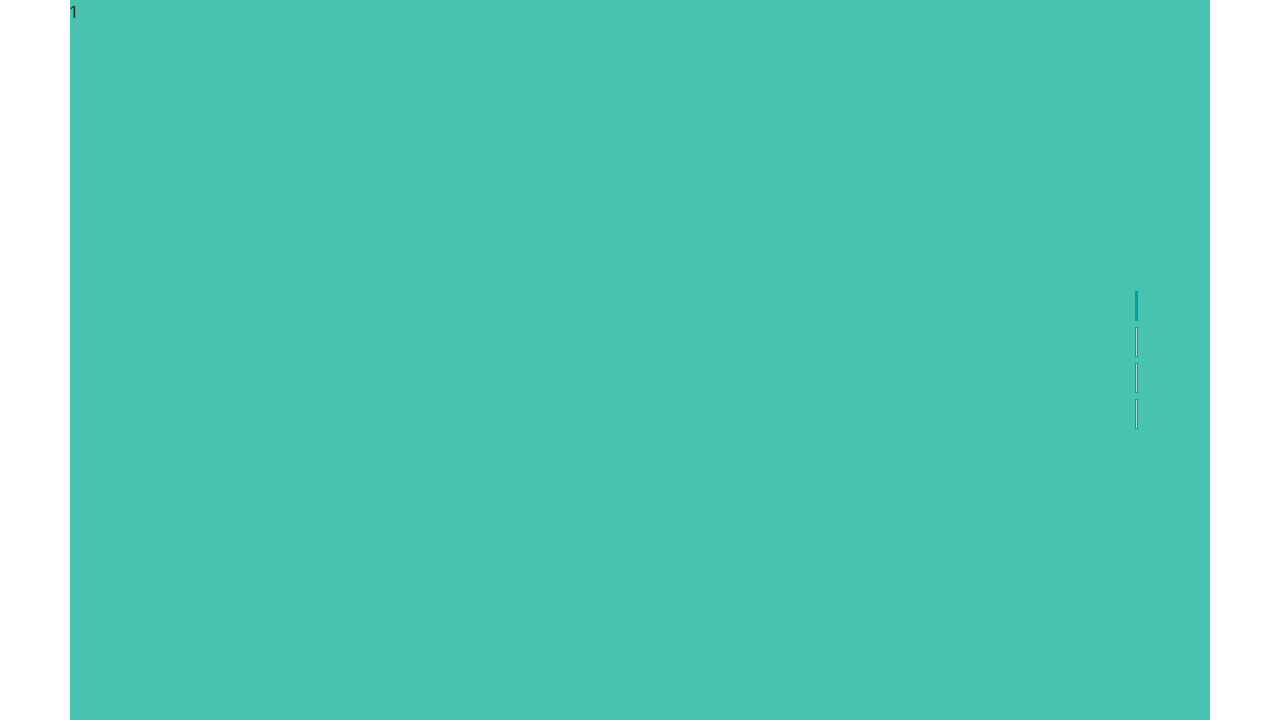
Repository: aneishkumar/AngularJS-Application
Page: AngularJs-Application-march28th/project2/WebContent/home.html
These files come from the project's save history. The page is drawn as it stood at one moment and after the next save; the edit follows.
The browser window is 1280 px wide. The pictures show the whole page.
Some web libraries are served in a nearby version.

Above is the page before, as saved 2018-03-27 22:34:33.
Console error: TypeError: Cannot read properties of undefined (reading 'fn')

### AngularJs-Application-march28th/project2/WebContent/home.html

<head>
<link href="//maxcdn.bootstrapcdn.com/bootstrap/4.0.0/css/bootstrap.min.css" rel="stylesheet" id="bootstrap-css">
<script src="//maxcdn.bootstrapcdn.com/bootstrap/4.0.0/js/bootstrap.min.js"></script>
<script src="//code.jquery.com/jquery-1.11.1.min.js"></script>
<style>

.carousel-inner,.carousel,.carousel-item,.container,.fill {
    height:100%;
    min-height:400px;
    width:100%;
    background-position:center center;
    background-size:cover;
}
.slide-wrapper{display:inline;}
.slide-wrapper .container{padding:0;}


/*------------------------------ vertical bootstrap slider----------------------------*/

.carousel-inner> .carousel-item.carousel-item-next ,
.carousel-inner > .carousel-item.active.carousel-item-right{
    transform: translate3d(0, 100%, 0); -webkit-transform: translate3d(0, 100%, 0); -ms-transform: translate3d(0, 100%, 0); -moz-transform: translate3d(0, 100%, 0); -o-transform: translate3d(0, 100%, 0);  top: 0;

}
.carousel-inner > .carousel-item.carousel-item-prev ,
.carousel-inner > .carousel-item.active.carousel-item-left{
    transform: translate3d(0,-100%, 0); -webkit-transform: translate3d(0,-100%, 0);  -moz-transform: translate3d(0,-100%, 0);-ms-transform: translate3d(0,-100%, 0); -o-transform: translate3d(0,-100%, 0); top: 0;

}
.carousel-inner > .carousel-item.next.carousel-item-left ,
.carousel-inner > .carousel-item.carousel-item-prev.carousel-item-right ,
.carousel-inner > .carousel-item.active{
    transform:translate3d(0,0,0); -webkit-transform:translate3d(0,0,0);-ms-transform:translate3d(0,0,0);; -moz-transform:translate3d(0,0,0); -o-transform:translate3d(0,0,0); top:0;

}

/*------------------------------- vertical carousel indicators ------------------------------*/
.carousel-indicators{
    position:absolute;
    top:0;
    bottom:0;
    margin:auto;
    height:20px;
    right:10px; left:auto;
    width:auto;
    -webkit-transform: rotate(90deg);
    -moz-transform: rotate(90deg);
    -ms-transform: rotate(90deg);
    -o-transform: rotate(90deg);
    transform: rotate(90deg);
}
.carousel-indicators li{
    display:block; margin-bottom:5px; border:1px solid #00a199;

}
.carousel-indicators li.active{
    margin-bottom:5px; background:#00a199;

}</style>
</head>
<body>
<section class="slide-wrapper">
    <div class="container">
	    <div id="myCarousel" class="carousel slide" data-ride="carousel">
            <!-- Indicators -->
            <ol class="carousel-indicators">
                <li data-target="#myCarousel" data-slide-to="0" class="active"></li>
                <li data-target="#myCarousel" data-slide-to="1"></li>
                <li data-target="#myCarousel" data-slide-to="2"></li>
                <li data-target="#myCarousel" data-slide-to="3"></li>
            </ol>

            <!-- Wrapper for slides -->
            <div class="carousel-inner">
                <div class="carousel-item active">
                    <div class="fill" style=" background-color:#48c3af;">1</div>
                </div>
                <div class="carousel-item">
                    <div class="fill" style=" background-color:#b33f4a;">2</div>
                </div>
                <div class="carousel-item">
                    <div class="fill" style=" background-color:#7fc2f4;">3</div>
                </div>
                <div class="carousel-item">
                    <div class="fill" style=" background-color:#e47794;">4</div>
                </div>
            </div>
        </div>
    </div>
</section>

After the next save:
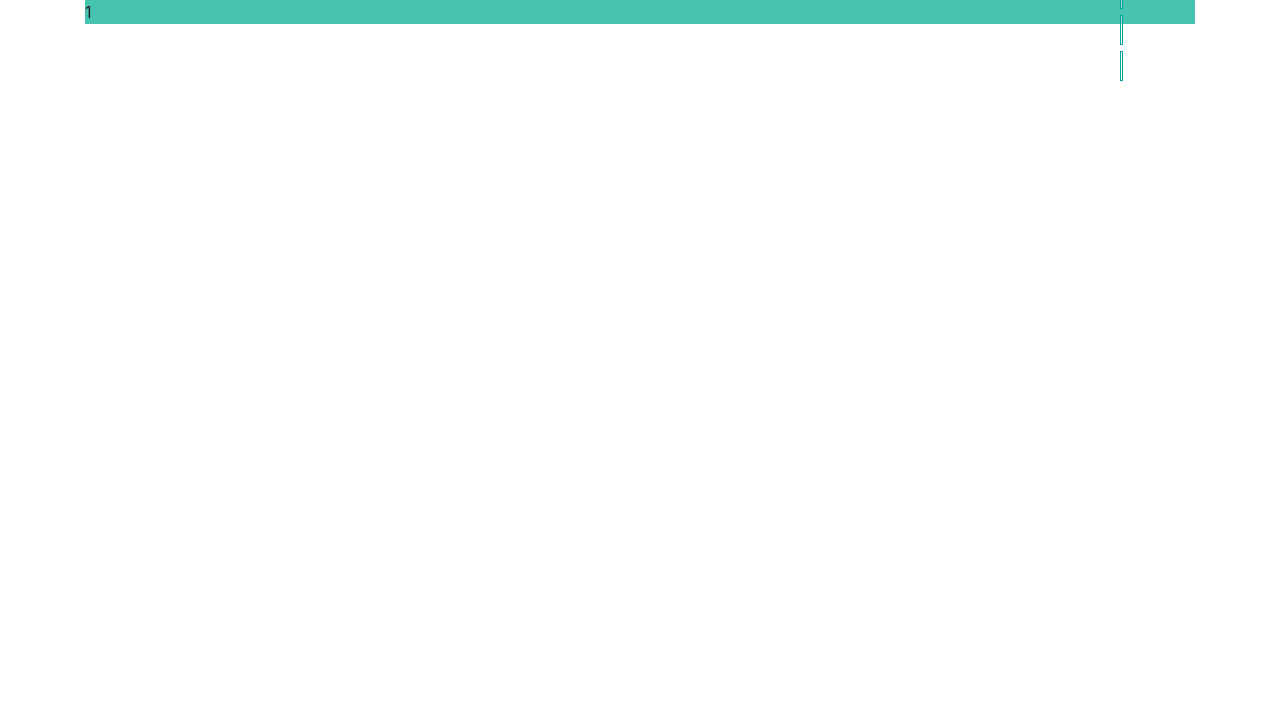
Saved 21 s later.
--- a/AngularJs-Application-march28th/project2/WebContent/home.html
+++ b/AngularJs-Application-march28th/project2/WebContent/home.html
@@ -5,15 +5,7 @@
 <script src="//code.jquery.com/jquery-1.11.1.min.js"></script>
 <style>
 
-.carousel-inner,.carousel,.carousel-item,.container,.fill {
-    height:100%;
-    min-height:400px;
-    width:100%;
-    background-position:center center;
-    background-size:cover;
-}
-.slide-wrapper{display:inline;}
-.slide-wrapper .container{padding:0;}
+
 
 
 /*------------------------------ vertical bootstrap slider----------------------------*/

After the save that followed:
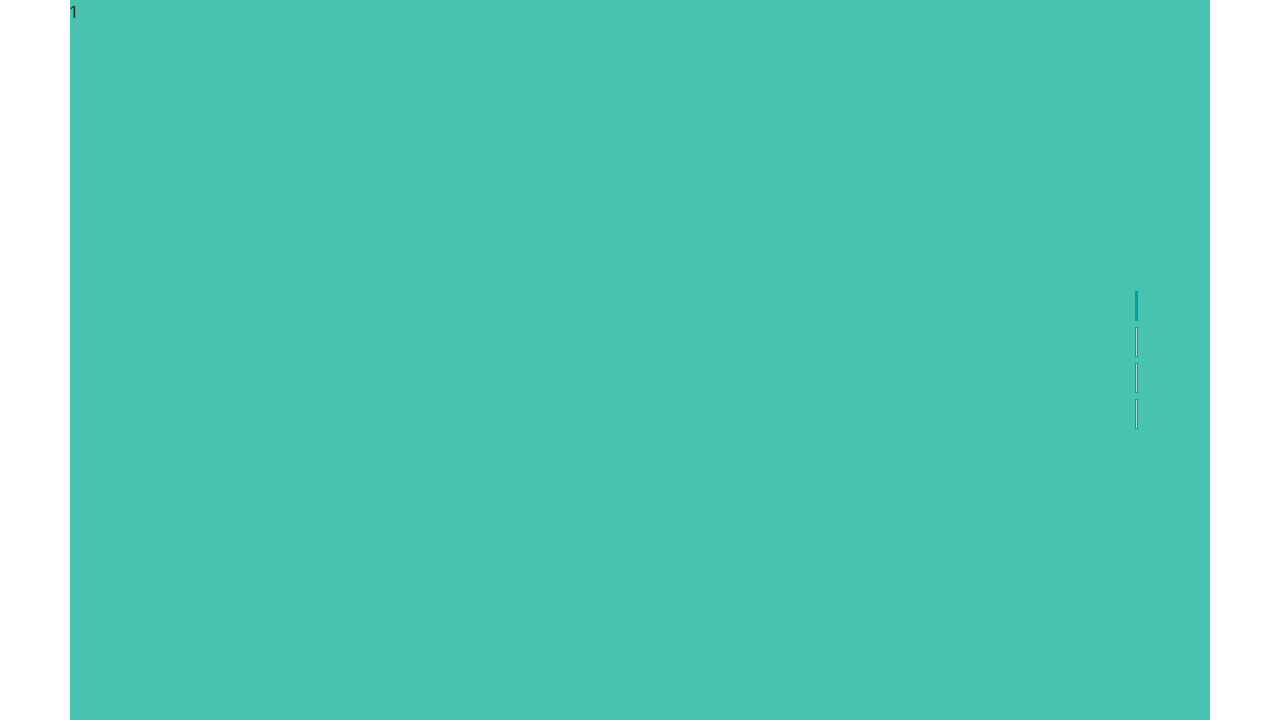
Saved 10 s later.
--- a/AngularJs-Application-march28th/project2/WebContent/home.html
+++ b/AngularJs-Application-march28th/project2/WebContent/home.html
@@ -5,7 +5,15 @@
 <script src="//code.jquery.com/jquery-1.11.1.min.js"></script>
 <style>
 
-
+.carousel-inner,.carousel,.carousel-item,.container,.fill {
+    height:100%;
+    min-height:400px;
+    width:100%;
+    background-position:center center;
+    background-size:cover;
+}
+.slide-wrapper{display:inline;}
+.slide-wrapper .container{padding:0;}
 
 
 /*------------------------------ vertical bootstrap slider----------------------------*/
